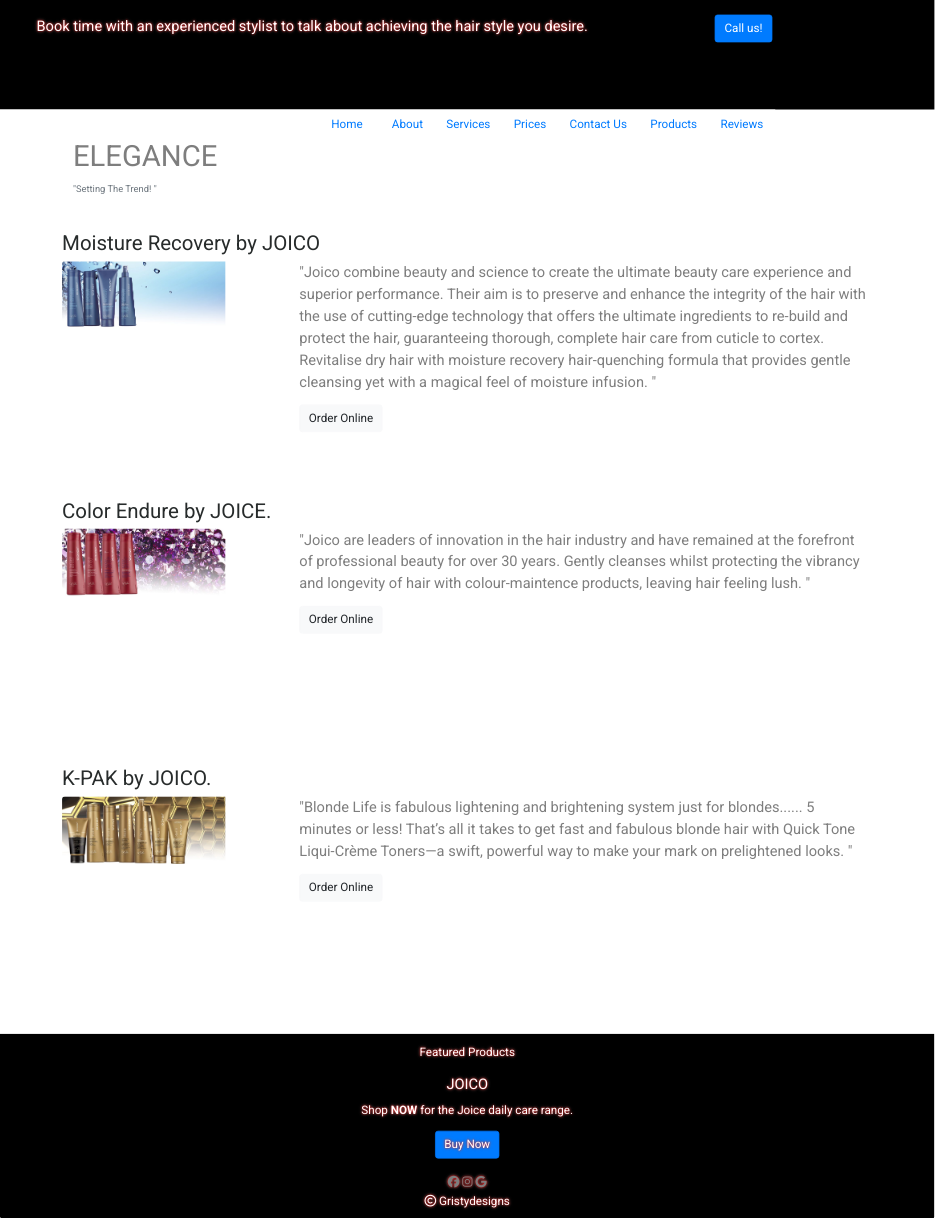
Repository: Gristydesigns/elegance-salon
Page: products.html
The author's editor kept a record of every edit. The page is drawn from the files as they stood at one moment, then again after the next edit.
The browser window is 1280 px wide. The page is 1295 px wide, so the pictures cover 1295 px, including what lies to the right of the window. The pictures show the whole page, at 73% of full size.
Some web libraries are served in a nearby version.

Above is the page before.
Console error: TypeError: Cannot read properties of undefined (reading 'fn')

### products.html
<!DOCTYPE html>
<html lang="en">
<!--Head------------------------->

<head>
    <meta charset="UTF-8">
    <meta name="viewport" content="width=device-width, initial-scale=1.0">
    <meta http-equiv="X-UA-Compatible" content="ie=edge">
    <link rel="stylesheet" href="https://stackpath.bootstrapcdn.com/bootstrap/4.3.1/css/bootstrap.min.css" integrity="sha384-ggOyR0iXCbMQv3Xipma34MD+dH/1fQ784/j6cY/iJTQUOhcWr7x9JvoRxT2MZw1T" crossorigin="anonymous">
    <script src="https://stackpath.bootstrapcdn.com/bootstrap/4.3.1/js/bootstrap.min.js" integrity="sha384-JjSmVgyd0p3pXB1rRibZUAYoIIy6OrQ6VrjIEaFf/nJGzIxFDsf4x0xIM+B07jRM" crossorigin="anonymous"></script>
    <link href="https://fonts.googleapis.com/css?family=Roboto:400,700&display=swap" rel="stylesheet">
    <script src="https://kit.fontawesome.com/d13d47f9ca.js"></script>
    <link rel="stylesheet" href="assets/css/style.css" type="text/css" />
    <title>Elegance Hair Salon Ledbury</title>
</head>
<!--End------------------------->

<body>
    <header>
        <!--callout--------------->
        <section class="container-fluid call-to-action">
            <div class="row">
                <div class="col-12 col-md-10">
                    <button class="btn-spinner-grow btn-spinner-grow-sm btn btn-primary btn-md float-right">Call us!<href="#" role="button"></button>
                <p class="lead">Book time with an experienced stylist  to talk about achieving the hair style you desire.</p>
                </div>
            </div>
        </section>
        <!--End------------------------->
        <!--Nav Bar--------------------->
        <section class="container-nav nav-bar">
            <div class="row">
                <div class="col-12 col-md-10 ">
                    <div class="nav navbar-light bg-light navbar-expand-sm nav-position left >
                             <a href=" # "class="navbar-salon "></a>
                               <button class="navbar-toggler mr-auto " type="button " data-toggle="collapse " data-target="#navbarNavDropdown " aria-controls="navbarNavDropdown " aria-expanded="false " aria-label="Toggle navigation ">
                                <span class="navbar-toggler-icon "></span></button>
                                 <div class="collapse navbar-collapse " id="navbarNavDropdown ">

                                 <ul class="nav nav-pills ml-auto ">
                                  <li class="active nav-item mr-2 "><a class="nav-link Home " href="index.html ">Home</a>
                                  <li class="nav-item "><a class="nav-link About " href="about.html ">About</a>
                                  <li class="nav-item "><a class="nav-link Services " href="services.html ">Services</a>
                                  <li class="nav-item "><a class="nav-link Prices " href="prices.html ">Prices</a>
                                  <li class="nav-item "><a class="nav-link Contact us " href="contact.html ">Contact Us</a>
                                  <li class="nav-item "><a class="nav-link Products " href="products.html ">Products</a>
                                  <li class="nav-item "><a class="nav-link Reviews " href="reviews.html ">Reviews</a>
                                </ul>
                               </div>
                             </div>
                            </div>
                          </div>
                        </div>
                     </div>
        <!--logo------------------------->
        <section class="container logo ">
                     <div class=" col-12 col-md-2 ">
                        <h1>ELEGANCE</h1>
                        <p class="text-muted "><small>"Setting The Trend! "</small></p>
                    </div>
                </div>
        </section>
<!--End------------------------->


     </header>
<!--End------------------------------>
<!--feature space---------------------->
 <section class="headliners ">
  <div class="container headliner ">
  <!--feature article 1---------------------->
    <div class="row ">
     <div class="col-12 ">
      <h3 class="text ">Moisture Recovery by JOICO </h3>
        <div class="media ">
        <img src="image/Moisture-Recovery.jpg " class="img-fluid rounded " alt="Responsive image Joico moisture recovery product ">
          </div>
           <blockquote class="blockquote ">
           <p>"Joico combine beauty and science to create the ultimate beauty care experience and superior performance. Their aim is to preserve and enhance the integrity of the hair with the use of cutting-edge technology that offers the ultimate ingredients to re-build and protect the hair, guaranteeing thorough, complete hair care from cuticle to cortex. Revitalise dry hair with moisture recovery hair-quenching formula that provides gentle cleansing yet with a magical feel of moisture infusion. "</p>
             <p><a class="btn btn-md btn-light " href="https://elegance-hair-salon-hair-salon.business.site/ ">Order Online</a></p>
              </div>
             </blockquote>
             </div>
           </div>
         </div>
       </div>
     </div>
     </div>
    </div>
 <!--feature article 2---------------------->
 <div class="container headliner ">
 <div class="row ">
   <div class="col-12 ">
     <h3 class="text ">Color Endure by JOICE.</h3>
       <div class="media ">
          <img src="image/color-endure.jpg " class="img-fluid rounded " alt="Responsive image Joico color-endure products ">
           </div>
           <blockquote class="blockquote ">
            <p> "Joico are leaders of innovation in the hair industry and have remained at the forefront of professional beauty for over 30 years. Gently cleanses whilst protecting the vibrancy and longevity of hair with colour-maintence products, leaving hair feeling lush. "</p>
            <p><a class="btn btn-md btn-light " href="https://elegance-hair-salon-hair-salon.business.site/ ">Order Online</a></p>
           </blockquote>
         </div>
        </div>
       </div>
      </div>
     </div>
    </div>
   </div>
   <!--feature article 3---------------------->
 <div class="container headliner ">
 <div class="row ">
   <div class="col-12 ">
     <h3 class="text ">K-PAK by JOICO.</h3>
       <div class="media ">
          <img src="image/K-PAK.jpg " class="img-fluid rounded " alt="Responsive image Joico K-PAK products">
           </div>
           <blockquote class="blockquote ">
            <p> "Blonde Life is fabulous lightening and brightening system just for blondes...... 5 minutes or less! That’s all it takes to get fast and fabulous blonde hair with Quick Tone Liqui-Crème Toners—a swift, powerful way to make your mark
                        on prelightened looks. "</p>
            <p><a class="btn btn-md btn-light " href="https://elegance-hair-salon-hair-salon.business.site/ ">Order Online</a></p>
           </blockquote>
         </div>
        </div>
       </div>
      </div>
     </div>
    </div>
   </div>
  </section>
  <!--End------------------------->
   <!--footer---------------------->
  <footer>
   <section class="card-footer ">
     <div class="container-fluid footer ">
      Featured Products
     </div>
        <div class="card-body ">
         <h5 class="card-title ">JOICO</h5>
          <p class="card-text ">Shop <strong>NOW</strong> for the Joice daily care range.</p>
           <a href="https://my-salon.shop/?salonname=Elegance&salonlocation=Ledbury " class="btn btn-primary ">Buy Now</a>
        </div>
        <div class="card">
        <div class "row  ">
          <div class="col-12 ">
            <i class="fab fa-facebook "></i>
            <i class="fab fa-instagram "></i>
            <i class="fab fa-google "></i>
          </div>
        </div>
      </div>
        <div class "row ">
          <div class="col-12 ">
            <i class="far fa-copyright " 2019 Gristydesigns ">
                        </i>
                        Gristydesigns
                    </div>
                </div>
        </section>
        </footer>
        <script src="https://stackpath.bootstrapcdn.com/bootstrap/4.3.1/js/bootstrap.min.js" integrity="sha384-JjSmVgyd0p3pXB1rRibZUAYoIIy6OrQ6VrjIEaFf/nJGzIxFDsf4x0xIM+B07jRM" crossorigin="anonymous"></script>
        <script src="https://code.jquery.com/jquery-3.3.1.slim.min.js" integrity="sha384-q8i/X+965DzO0rT7abK41JStQIAqVgRVzpbzo5smXKp4YfRvH+8abtTE1Pi6jizo" crossorigin="anonymous"></script>
        <script src="https://cdnjs.cloudflare.com/ajax/libs/popper.js/1.14.7/umd/popper.min.js" integrity="sha384-UO2eT0CpHqdSJQ6hJty5KVphtPhzWj9WO1clHTMGa3JDZwrnQq4sF86dIHNDz0W1" crossorigin="anonymous"></script>
</body>

</html>
<!--End------------------------->

### assets/css/style.css
@import url('https://fonts.googleapis.com/css?family=Roboto&display=swap 100,200,300,400,500,600,700|Exo 100,200,300,400,500,600,700');
/*---------------------------------colors */

body {
   font-family: 'Roboto', sans-serif;
   margin-left: 0;
   margin-right: 0;
  -webkit-background-size: cover;
  -moz-background-size: cover;
  -o-background-size: cover;
   background-size: cover;

}
/*---------------------------------call out */

.call-to-action {
    height:150px;
    width: 100%;
    background-color: black;
    font-size:20px;
    font-weight: 600px;
    color: #fff;
    text-align: left;
    padding-left:50px;
    padding-top: 20px;
    bottom:5px;
    text-shadow: 0 0 3px #FF0000, 0 0 5px #7e7e7e
   }

   .button {
       padding-top:5;
       padding-bottom:20px;
       padding-left: 5px;
      }
/*---------------------------------nav-container */
.navbar-collapse {
 background-color: #fff;
 padding-left:10px;
 }

/*---------------------------------Logo */
.logo {
    color:#7e7e7e;
    font-weight: 900px;
    text-shadow: 2px 2px 4px #25292A
    justify-content: left;
    padding-bottom: 30px;
    }
 /*---------------------------------headliner */
 .headliner {
     color:#272B2B;
     justify-content: center;
 }
 .blockquote {
     padding-left: 5px;
     padding-right: 5px;
     color: #7e7e7e;


 }
  /*---------------------------------feature space */
.media {
    height: 325px;
    flex: nowrap;
    width: 325px;
    text-align: right;
    float: left;
 }

.img-fluid {
    max-width: 75%;
    height: auto;
    padding-bottom: 5px;
    padding-right: 20px;
}
.media-team {
  max-width: 50%;
}
   /*---------------------------------Footer */
.card-footer {
    text-align: center;
    background-color: black
    ;
    border-top: 1px solid rgba(0,0,0,.125);
    color: #fff;
    text-shadow: 0 0 3px #FF0000, 0 0 5px #7e7e7e

}
 .card-header {
    background-color:#7e7e7e;
    color:black;
   display: -moz-inline;
}

 .prices {
 color: #7e7e7e;
 background:black;

}
 /*---------------------------------contact card */
.contact-card {
   padding-bottom: 70px;
   color:#7e7e7e

 }

.card {
    background-color: black;
    color:#7e7e7e;
    border-radius: .25rem;
    padding: 0;
}

.carousel-caption{
    color:black;
    text-shadow: 0 0 3px #FF0000, 0 0 5px #7e7e7e
}

After the next edit:
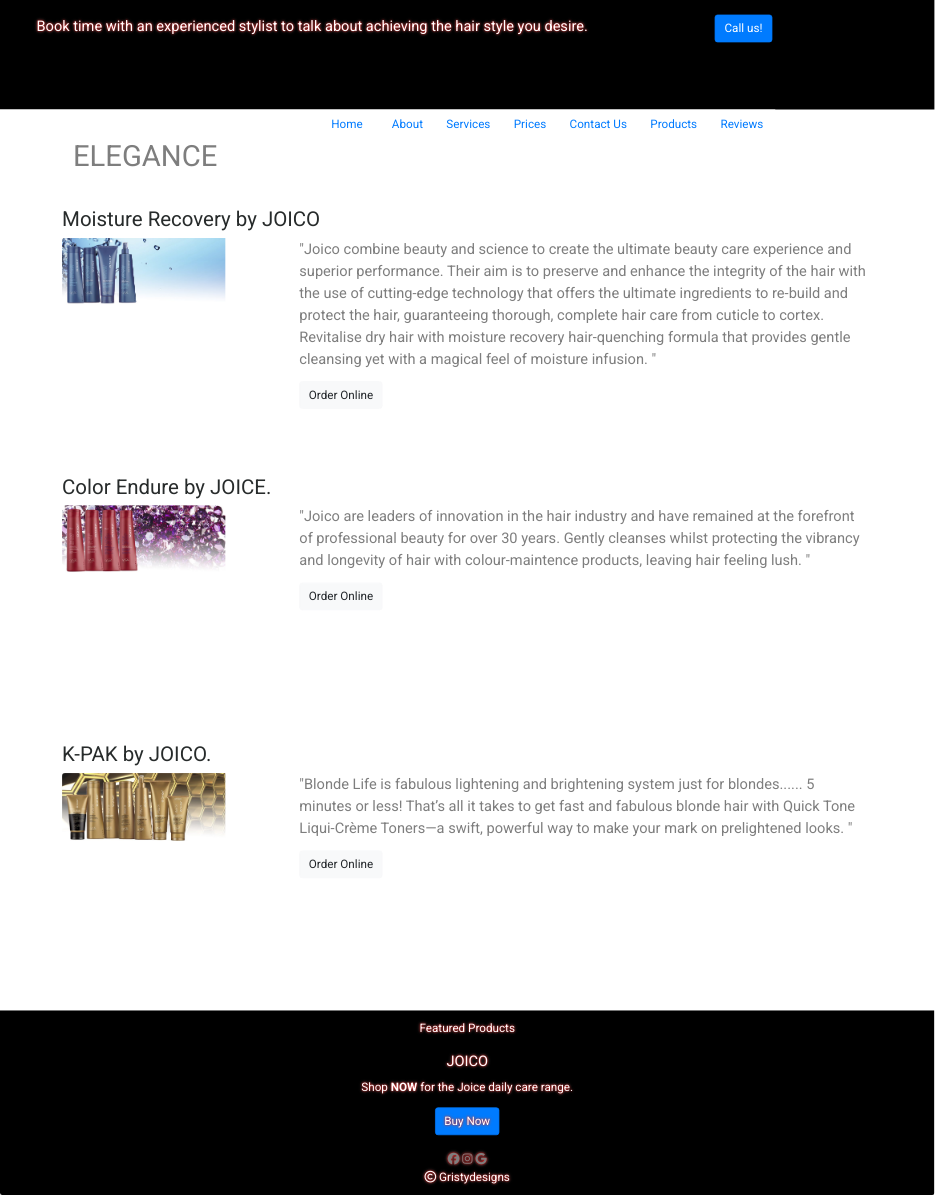
The edit:
--- a/products.html
+++ b/products.html
@@ -56,7 +56,7 @@
         <section class="container logo ">
                      <div class=" col-12 col-md-2 ">
                         <h1>ELEGANCE</h1>
-                        <p class="text-muted "><small>"Setting The Trend! "</small></p>
+                        <p class="text-muted <medium>"Setting The Trend! "</medium></p>
                     </div>
                 </div>
         </section>
